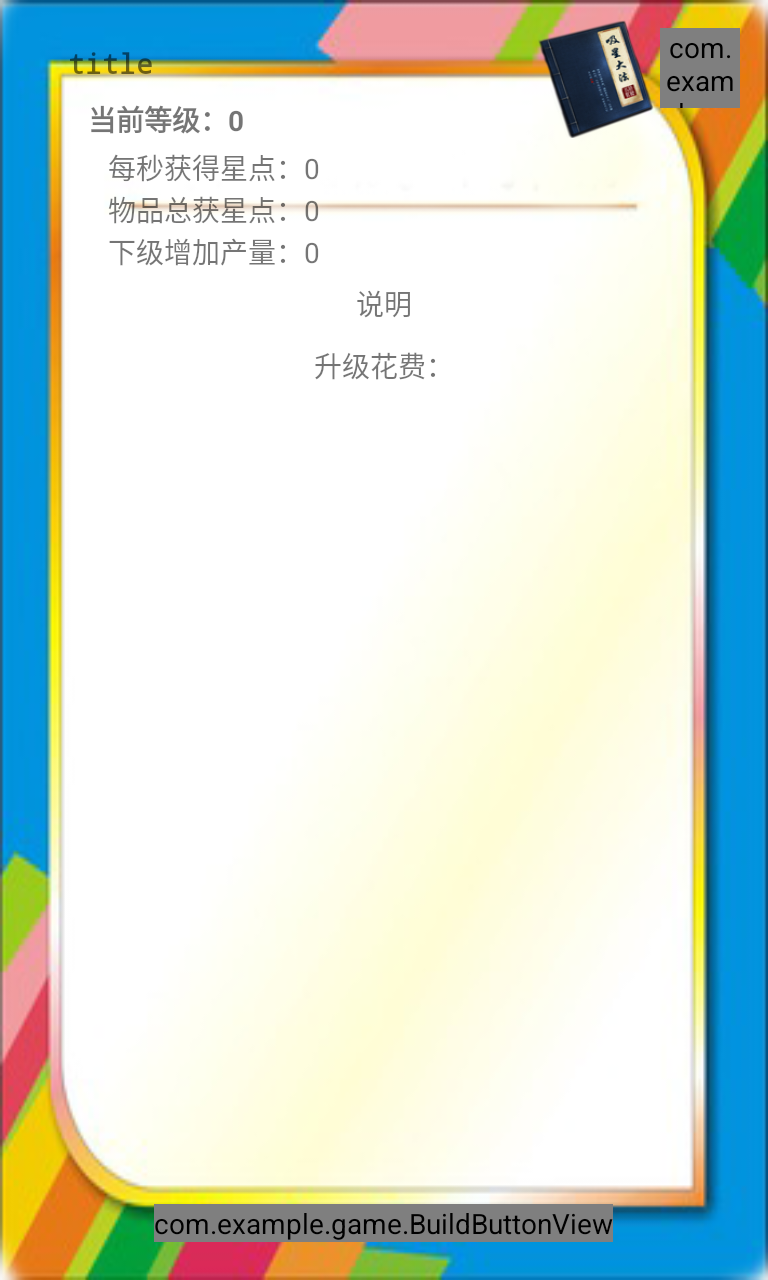
Repository: xianyun2014/StarPoint
Layout: game/res/layout/build_info_view.xml
These files come from the project's save history. The layout is drawn as it stood at one moment and after the next save; the edit follows.
Pictures or frames that could not be fetched are drawn as grey boxes. It is drawn on a 768 x 1280 px phone screen (xhdpi) without system bars, with theme AppTheme; the app's code is not run.

Above is the layout before, as saved 2014-11-17 17:17:05.

After the next save:
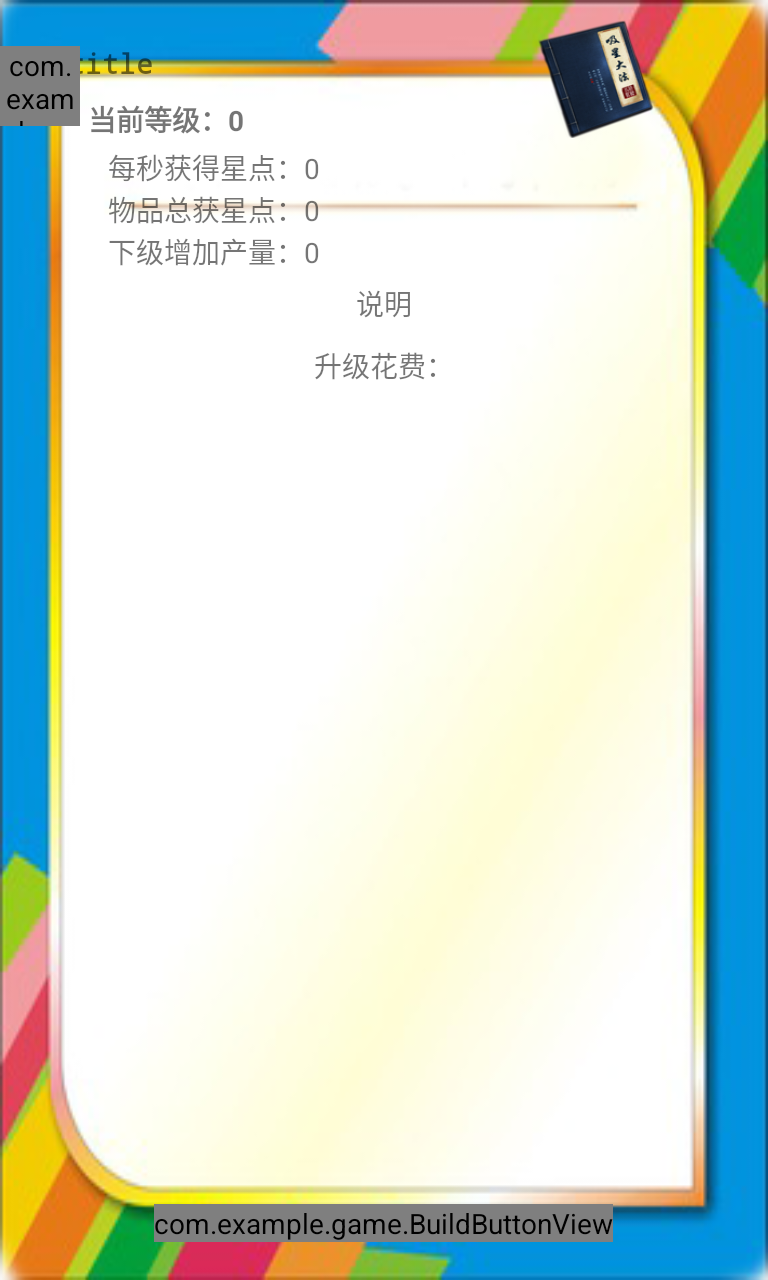
Saved 63 s later.
--- a/game/res/layout/build_info_view.xml
+++ b/game/res/layout/build_info_view.xml
@@ -155,10 +155,9 @@
         android1:id="@+id/close"
         android1:layout_width="40dp"
         android1:layout_height="40dp"
-        android1:layout_alignParentRight="true"
-        android1:layout_alignParentTop="true"
+        android1:layout_alignRight="@drawable/info_build"
         android1:layout_alignTop="@+id/imageView2"
-        android1:layout_marginRight="14dp"
+        android1:layout_marginRight="11dp"
         android1:layout_marginTop="14dp"
         android1:scaleType="fitXY"
         android1:src="@drawable/close" />
